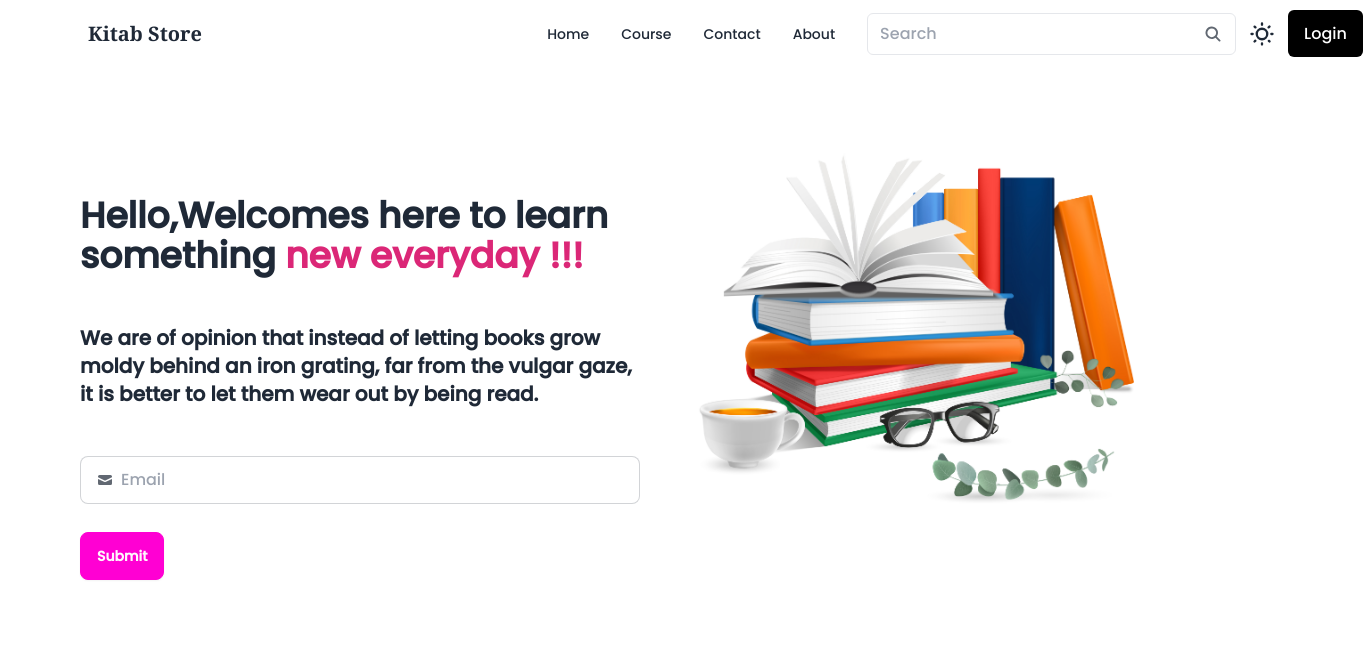
Repository: diensy/Kitab.com
Page: / (app in Frontend/)
These files come from the project's save history. The page is drawn as it stood at one moment and after the next save; the edit follows.
The browser window is 1280 px wide. The page is 1363 px wide, so the pictures cover 1363 px, including what lies to the right of the window. The pictures show the whole page.
The project was rebuilt for these pictures with package versions that can differ from the ones it lists, and the page was loaded fresh each time. Also part of the build but not shown: Frontend/vite.config.js.

Above is the page before, as saved 2024-07-28 23:48:25.

After the next save:
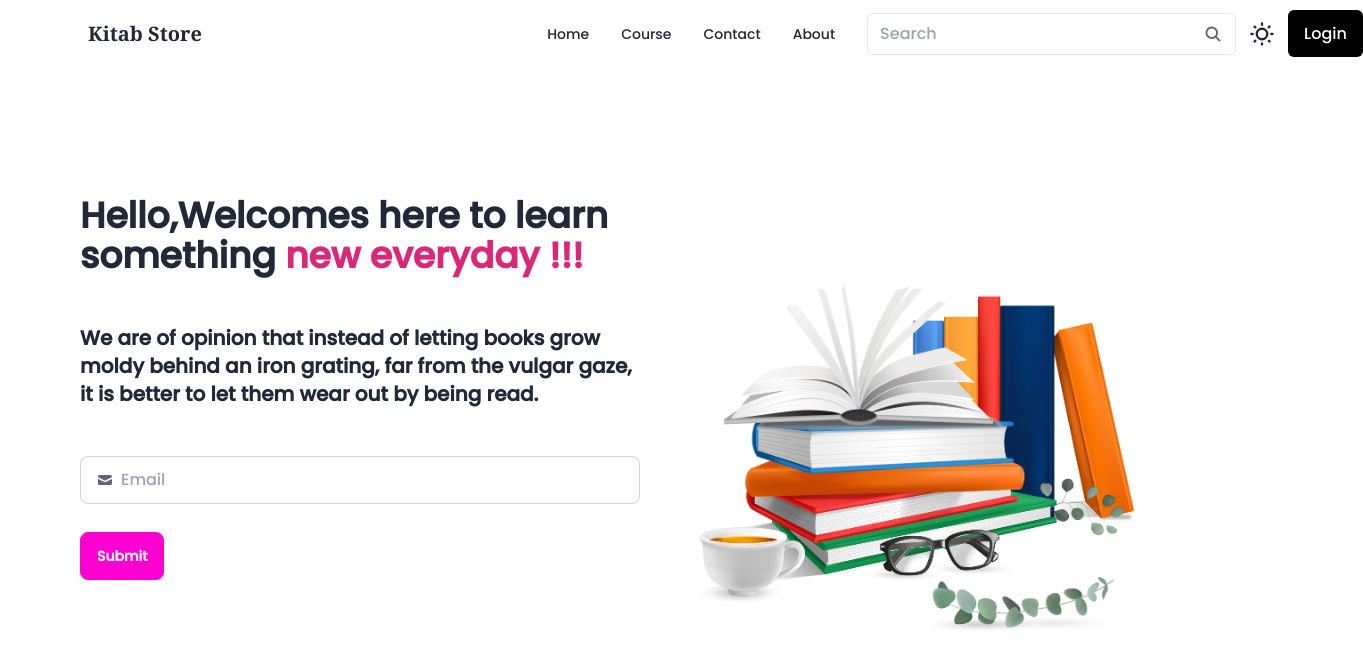
Saved 12 s later.
--- a/Frontend/src/Components/Banner.jsx
+++ b/Frontend/src/Components/Banner.jsx
@@ -34,7 +34,7 @@ const Banner = () => {
           <img
             src="public/Banner.jpg"
             alt="Books"
-            className="w-200 h-200 mt-"
+            className="w-200 h-200 mt-32"
           />
         </div>
       </div>
